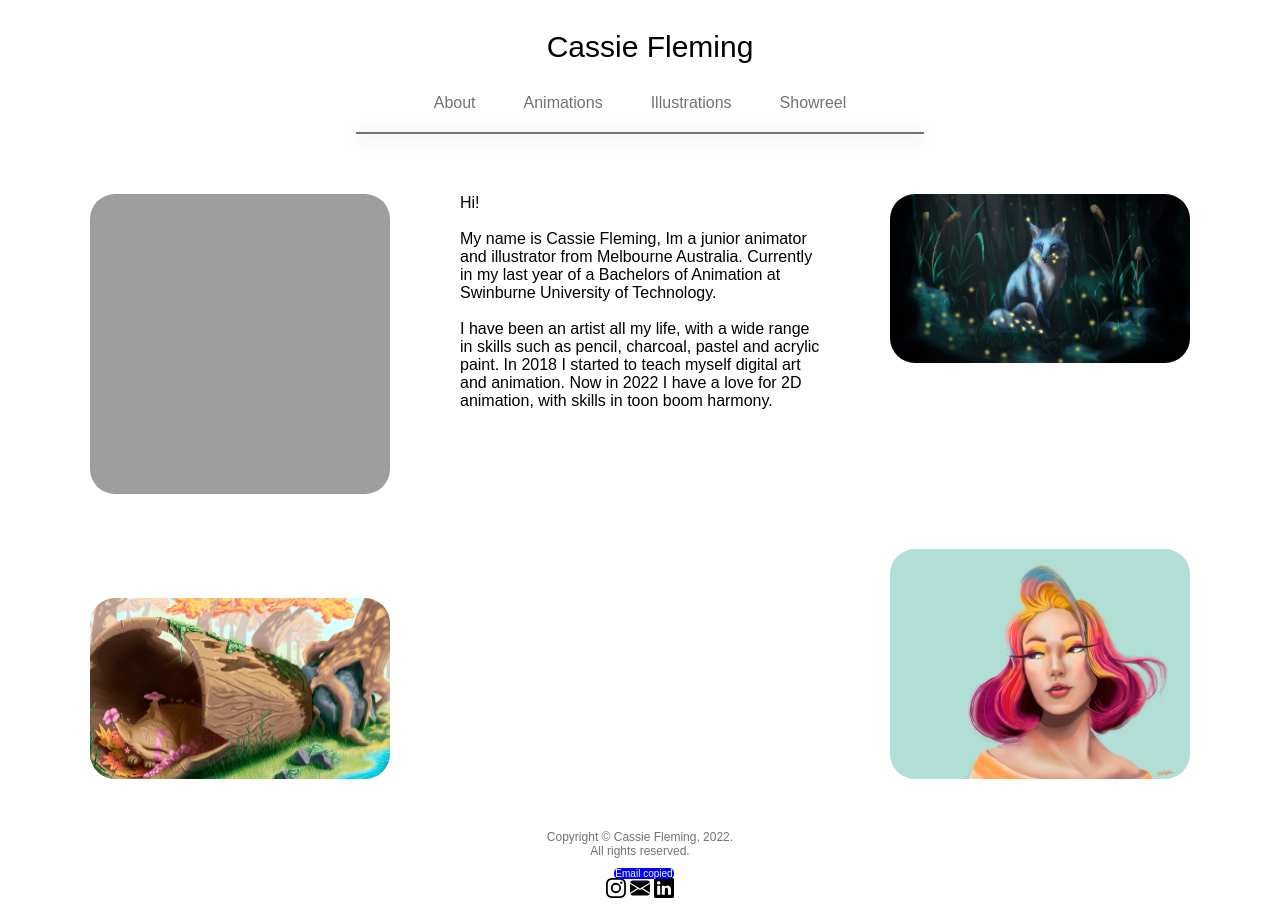
Repository: David-Waite/Cassie-Fleming-portfolio
Page: /
The author's editor kept a copy of each file at every save. The page is drawn from the files as they stood at one save, then again after the next save.
The browser window is 1280 px wide. The pictures show the whole page.
Pictures or frames that could not be fetched are drawn as grey boxes. Some web fonts or font styles are not loaded; a fallback is used. The project was rebuilt for these pictures with package versions that can differ from the ones it lists, and the page was loaded fresh each time. The framework's server and built-in components were replaced by stand-ins that run in the browser. Also part of the build but not shown: next.config.js.

Above is the page before, as saved 2022-09-11 17:52:17.

### pages/index.js
import Head from "next/head";
import Image from "next/image";
import styles from "../styles/Home.module.css";

export default function Home() {
  return (
    <div className={styles.layout}>
      <div className={`${styles.photoContainer} ${styles.photoContainerLeft}`}>
        <div>
          <Image
            className={styles.photo}
            src="/Cassie.png"
            height={3024}
            width={3024}
            alt="Photo of me, Cassie Fleming"
          />
        </div>
        <div className={styles.photo}>
          <Image
            className={styles.photo}
            src="/cherry blossom.2.jpg"
            height={725}
            width={1200}
            alt="Cherry Blossom covered fox, taking a nap in a hollowed tree log, by the river"
          />
        </div>
      </div>

      <div className={styles.aboutText}>
        Hi!
        <br />
        <br />
        My name is Cassie Fleming, Im a junior animator and illustrator from
        Melbourne Australia. Currently in my last year of a Bachelors of
        Animation at Swinburne University of Technology.
        <br />
        <br /> I have been an artist all my life, with a wide range in skills
        such as pencil, charcoal, pastel and acrylic paint. In 2018 I started to
        teach myself digital art and animation. Now in 2022 I have a love for 2D
        animation, with skills in toon boom harmony.
      </div>
      <div className={styles.photoContainer}>
        <div className={styles.photo}>
          <Image
            className={styles.photo}
            src="/fox.png"
            height={1080}
            width={1920}
            alt="glowing fox"
          />
        </div>
        <div className={styles.photo}>
          <Image
            className={styles.photo}
            src="/Inkedhuman.jpg"
            height={930}
            width={1211}
            alt="girl with cool hair a swaggie eyes"
          />
        </div>
      </div>
    </div>
  );
}

### components/Layout.js
import Link from "next/link";
import React, { useState } from "react";
import { Instagram, Linkedin, EnvelopeFill } from "react-bootstrap-icons";

export default function Layout({ children }) {
  const [navClass, setNavClass] = useState("");

  function toggleNav() {
    setNavClass((navClass) => {
      return navClass === "change" ? "" : "change";
    });
  }

  return (
    <div className={`layout ${navClass}`}>
      <header className="header">
        <h1>
          <Link href="/">
            <a>Cassie Fleming</a>
          </Link>
        </h1>

        <div className="navbar-icon" onClick={toggleNav}>
          <div className="bar1"></div>
          <div className="bar2"></div>
          <div className="bar3"></div>
        </div>

        <nav>
          <Link href="/">
            <a>About</a>
          </Link>
          <Link href="/">
            <a>Animations</a>
          </Link>
          <Link href="/">
            <a>Illustrations</a>
          </Link>
          <Link href="/">
            <a>Showreel</a>
          </Link>
        </nav>
      </header>
      <div className="navbar-line"></div>

      {children}
      <footer>
        <p>Copyright &copy; Cassie Fleming, 2022.</p>
        <p>All rights reserved.</p>
        <div className="social">
          <span>
            <Link href="https://www.instagram.com/cass_illustrations/">
              <a target="_blank">
                <Instagram />
              </a>
            </Link>
          </span>
          <div
            className="email"
            onClick={() => {
              navigator.clipboard.writeText("cassie.fleming2000@gmail.com");
            }}
          >
            <EnvelopeFill />
            <span>Email copied</span>
          </div>
          <span>
            <Link href="http://www.linkedin.com/in/cassie-fleming-500a56204">
              <a target="_blank">
                <Linkedin />
              </a>
            </Link>
          </span>
        </div>
      </footer>
    </div>
  );
}

### styles/globals.css
@import url("https://fonts.googleapis.com/css2?family=Zen+Maru+Gothic:wght@300;400;500;700&display=swap");

* {
  font-family: "Zen Maru Gothic", sans-serif;
  box-sizing: border-box;
  margin: 0;
  padding: 0;
}

.layout {
  margin: 30px 30px 0;
  display: flex;
  flex-direction: column;
  align-items: center;
  position: relative;
  min-height: calc(100vh - 30px);

  padding-bottom: 140px;
  text-align: center;
}

h1 {
  font-weight: 400;
  font-size: 30px;
  margin-bottom: 30px;
  margin-left: 20px;
}

a:hover {
  color: black;
}

a {
  text-decoration: none;
  color: black;
}
.hover {
  color: red;
}
nav a {
  color: #727272;
  margin: 24px;
  font-size: 16px;
}
.navbar-line {
  width: 568px;
  box-shadow: rgba(0, 0, 0, 0.35) 0px 3px 17px;
  margin: 20px 0 60px;
  border: #727272 solid 1px;
}
footer {
  position: absolute;
  bottom: 0px;
  font-size: 12px;
  color: #727272;
}
/* navBar icon */
.navbar-icon {
  display: none;
  cursor: pointer;
  margin-right: 20px;
}

.bar1,
.bar2,
.bar3 {
  width: 20px;
  height: 3px;
  background-color: #727272;
  margin: 4px 0;
  transition: 0.4s;
  border-radius: 5px;
}

.change .bar1 {
  transform: translate(0, 7px) rotate(-45deg);
}

.change .bar2 {
  opacity: 0;
}

.change .bar3 {
  transform: translate(0, -7px) rotate(45deg);
}

.social {
  display: flex;
  justify-content: center;
  padding: 20px;
}
.social span {
  color: black;
  margin: 0 4px;
  cursor: pointer;
  font-size: 20px;
}

.email {
  position: relative;
  font-size: 20px;
  color: black;
}
.email span {
  position: absolute;
  font-size: 10px;

  text-align: center;
  width: 60px;
  left: -20px;
  top: -10px;
  background-color: blue;
  color: #ffffff;
  padding: 0;
  border-radius: 5px;
}

@media (max-width: 810px) {
  .layout {
    margin: 20px 20px 0;
  }
  header {
    position: relative;
    display: flex;
    align-items: center;
    justify-content: space-between;
    width: 100vw;
  }
  .navbar-icon {
    display: inline-block;
  }
  h1 {
    font-size: 20px;
    margin-bottom: 0;
  }

  nav {
    position: absolute;
    top: 50px;
    display: flex;
    flex-direction: column;
    width: 100vw;
    height: 0px;
    transition: 0.5s;
    z-index: 1;
    background-color: white;
    overflow: hidden;
  }
  nav a {
    display: flex;
    justify-content: center;
    align-items: center;
    margin: 0;
    height: 50px;
  }
  .change nav {
    height: 100vh;
  }
  a:hover {
    background-color: #c4c3c3;
  }

  .navbar-line {
    width: 100vw;
  }
  .change .layout {
    margin-top: 20px;
  }
}

### styles/Home.module.css
.layout {
  display: grid;
  grid-template-columns: 1fr 1fr 1fr;
  gap: 70px;
}

.aboutText {
  max-width: 600px;
  min-width: 300px;
  text-align: start;
}

.photoContainer {
  display: flex;
  flex-direction: column;
  justify-content: space-between;
  max-width: 300px;
  gap: 100px;
}

.photoContainerLeft {
  margin-left: auto;
}
.photo {
  border-radius: 25px;
}
.profile {
  display: none;
}

@media (max-width: 1000px) {
  .layout {
    gap: 20px;
  }
}
@media (max-width: 810px) {
  .layout {
    display: inline;
  }
  .photo {
    display: none;
  }
  .photoContainerLeft {
    margin: 0 auto 30px;
    max-width: 400px;
  }
  .aboutText {
    max-width: 400px;
  }
}

Loaded but not shown: pages/_app.js (common file)

After the next save:
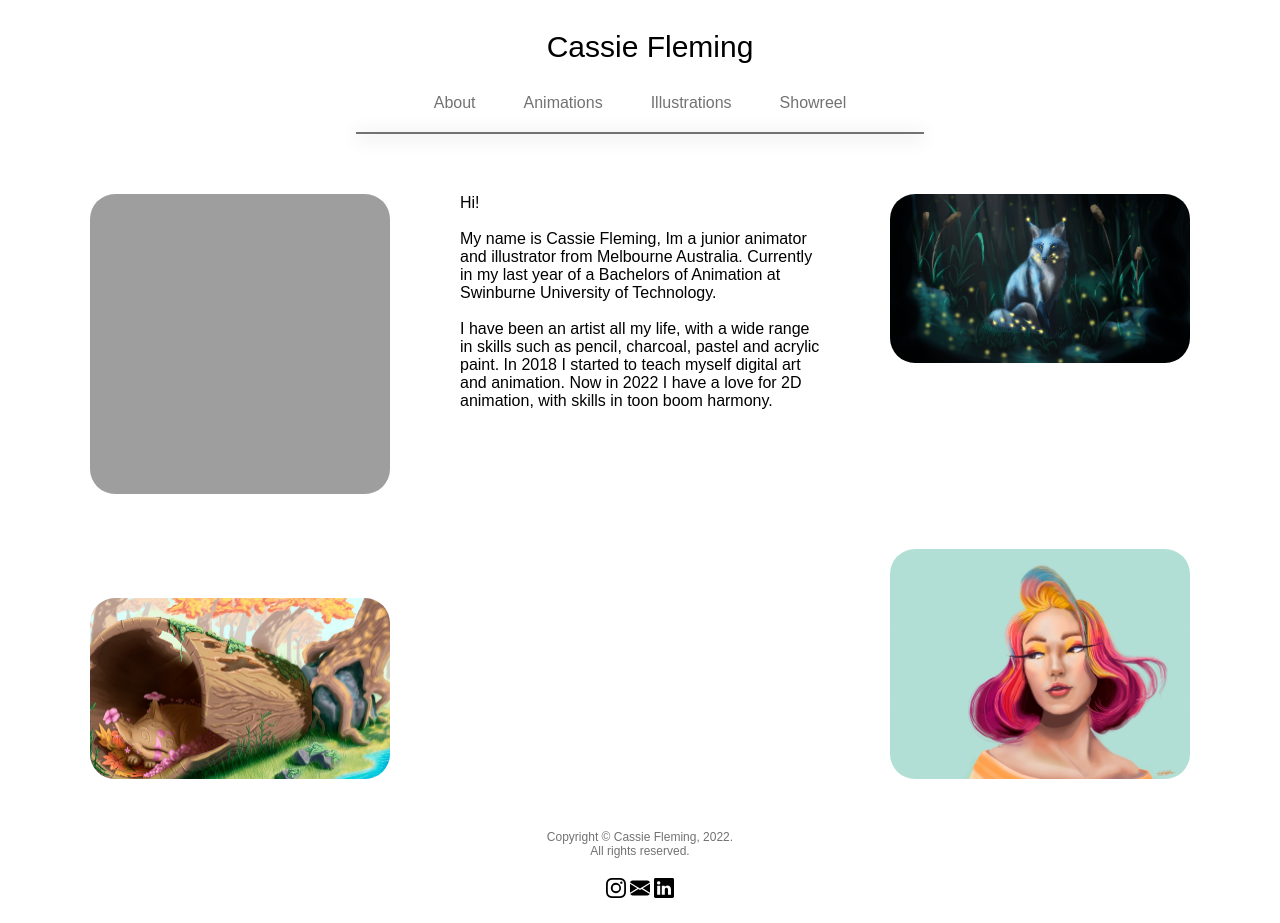
Saved 11 s later.
--- a/components/Layout.js
+++ b/components/Layout.js
@@ -62,7 +62,6 @@ export default function Layout({ children }) {
             }}
           >
             <EnvelopeFill />
-            <span>Email copied</span>
           </div>
           <span>
             <Link href="http://www.linkedin.com/in/cassie-fleming-500a56204">
